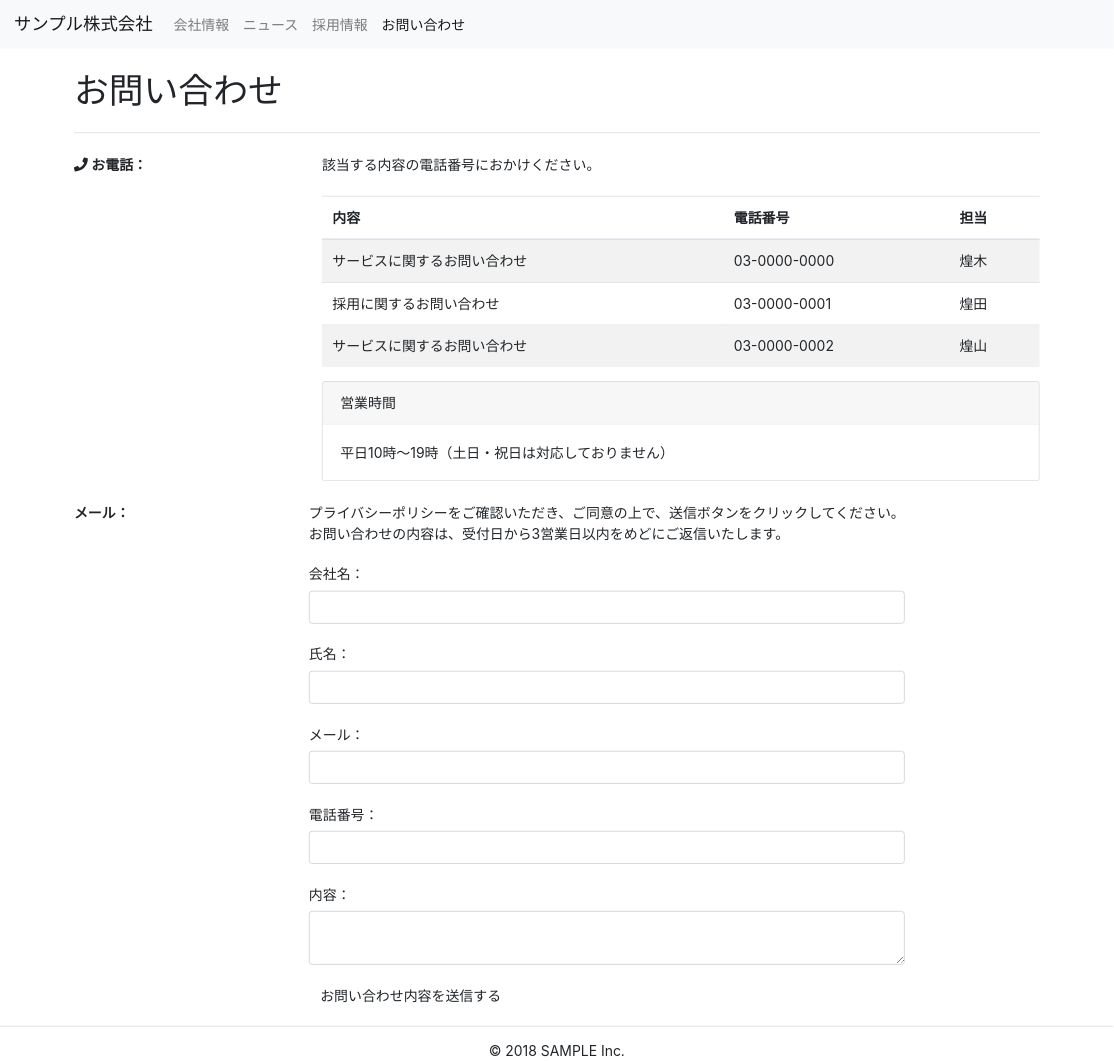
Repository: yoony212/frontend
Page: contact.html
The author's editor kept a record of every edit. The page is drawn from the files as they stood at one moment, then again after the next edit.
The browser window is 1280 px wide. The pictures show the whole page, at 87% of full size.

Above is the page before.

### contact.html
<!DOCTYPE html>
<html lang="ja">

<head>
    <meta charset="utf-8">
    <meta name="viewport" content="width=device-width, initial-scale=1, shrink-to-fit=no">

    <link rel="stylesheet" href="https://stackpath.bootstrapcdn.com/bootstrap/4.3.1/css/bootstrap.min.css">

    <title>お問い合わせ | サンプル株式会社</title>
</head>

<body>
    <header>
        <!-- 576px以上の画面幅のとき、メニューを表示する（それ未満なら折りたたむ）指定を追加 -->
        <nav class="navbar navbar-light navbar-expand-sm bg-light d-sm-flex">
        <!--画面左上に表示するサイト名のリンクとして適切な表示をするための指定を追加 -->
            <a href="#" class="navbar-brand">サンプル株式会社</a>

            <button type="button" class="navbar-toggler" data-toggle="collapse" data-target="#nav-bar">
                <span class="navbar-toggler-icon"></span>
            </button>

            <div class="collapse navbar-collapse " id="nav-bar">
                <ul class="navbar-nav">
                    <li class="nav-item"><a href="#" class="nav-link">会社情報</a></li>
                    <li class="nav-item"><a href="#" class="nav-link">ニュース</a></li>
                    <li class="nav-item"><a href="#" class="nav-link">採用情報</a></li>
                    <!-- お問い合わせページを表示していることをわかりやすくする設定を追加 -->
                    <li class="nav-item"><a href="#" class="nav-link active">お問い合わせ</a></li>
                </ul>
            </div>
        </nav>
    </header>
    <div class="container">
        <h1 class="mt-4 pb-4 border-bottom">お問い合わせ</h1>

        <!-- グリッドを使うための指定を追加 -->
        <div class="mt-4 row">
            <!-- 576px以上の画面幅のとき、左側は3つ分のカラム幅で表示する指定を追加 -->
            <div class="col-sm-3">
                <!-- 電話に関するFont Awesomeのアイコンを追加 -->
                <i class="fas fa-phone mr-1"></i><strong>お電話：</strong>
            </div>

            <!-- 576px以上の画面幅のとき、右側は9つ分のカラム幅で表示する指定を追加 -->
            <div class="col-sm-9">
                <p>該当する内容の電話番号におかけください。</p>
                <!-- テーブルの装飾を適用する指定を追加 -->
                <!-- さらにテーブルへ枠を追加する指定、行ごとの背景色が交互に変わる指定を追加 -->
                <table class="mt-4 table table-striped">
                    <thead>
                        <tr>
                            <th>内容</th>
                            <th>電話番号</th>
                            <th>担当</th>
                        </tr>
                    </thead>
                    <tbody>
                        <tr>
                            <td>サービスに関するお問い合わせ</td>
                            <td>03-0000-0000</td>
                            <td>煌木</td>
                        </tr>
                        <tr>
                            <td>採用に関するお問い合わせ</td>
                            <td>03-0000-0001</td>
                            <td>煌田</td>
                        </tr>
                        <tr>
                            <td>サービスに関するお問い合わせ</td>
                            <td>03-0000-0002</td>
                            <td>煌山</td>
                        </tr>
                    </tbody>
                </table>

                <!-- カードの装飾を適用 -->
                <div class="card">
                    <!-- カードのタイトル部分として設定 -->
                    <div class="card-header">
                        <!-- 時間に関するFont Awesomeのアイコンを追加 -->
                        <i class="fa-solid fa-circle-info"></i>営業時間
                    </div>

                    <!-- カードの本文部分として設定 -->
                    <div class="card-body">
                        平日10時〜19時（土日・祝日は対応しておりません）
                    </div>
                </div>
            </div>
        </div>

        <!-- グリッドを使うための指定を追加 -->
        <div class="mt-4 row">
            <!-- 576px以上の画面幅のとき、左側は3つ分のカラム幅で表示する指定を追加 -->
            <div class="col-sm-3">
                <!-- メールに関するFont Awesomeのアイコンを追加 -->
                <i class="fa-solid fa-envelope"></i> <strong>メール：</strong>
            </div>

            <!-- 576px以上の画面幅のとき、右側は9つ分のカラム幅で表示する指定を追加 -->
            <div class="">
                <p>
                    プライバシーポリシーをご確認いただき、ご同意の上で、送信ボタンをクリックしてください。<br />
                    お問い合わせの内容は、受付日から3営業日以内をめどにご返信いたします。
                </p>
                <form action="complete.html">
                    <!-- ラベルとフォーム部品を並べるためにグリッドを使う指定を追加 -->
                    <div class="form-group">
                        <!-- 576px以上の画面幅のとき、ラベルは3つ分のカラム幅で表示する指定を追加 -->
                        <label class="col-form-label">会社名：</label>

                        <!-- 576px以上の画面幅のとき、フォーム部品は9つ分のカラム幅で表示する指定を追加 -->
                        <div class="">
                            <input type="text" class="form-control" name="company">
                        </div>
                    </div>

                    <!-- ラベルとフォーム部品を並べるためにグリッドを使う指定を追加 -->
                    <div class="form-group">
                        <!-- 576px以上の画面幅のとき、ラベルは3つ分のカラム幅で表示する指定を追加 -->
                        <label class="col-form-label">氏名：</label>

                        <!-- 576px以上の画面幅のとき、フォーム部品は9つ分のカラム幅で表示する指定を追加 -->
                        <div class="">
                            <input type="text" class="form-control" name="name">
                        </div>
                    </div>

                    <!-- ラベルとフォーム部品を並べるためにグリッドを使う指定を追加 -->
                    <div class="form-group">
                        <!-- 576px以上の画面幅のとき、ラベルは3つ分のカラム幅で表示する指定を追加 -->
                        <label class="col-form-label">メール：</label>

                        <!-- 576px以上の画面幅のとき、フォーム部品は9つ分のカラム幅で表示する指定を追加 -->
                        <div class="">
                            <input type="text" class="form-control" name="mail">
                        </div>
                    </div>

                    <!-- ラベルとフォーム部品を並べるためにグリッドを使う指定を追加 -->
                    <div class="form-group">
                        <!-- 576px以上の画面幅のとき、ラベルは3つ分のカラム幅で表示する指定を追加 -->
                        <label class="col-form-label">電話番号：</label>

                        <!-- 576px以上の画面幅のとき、フォーム部品は9つ分のカラム幅で表示する指定を追加 -->
                        <div class="">
                            <input type="text" class="form-control" name="tel">
                        </div>
                    </div>

                    <!-- ラベルとフォーム部品を並べるためにグリッドを使う指定を追加 -->
                    <div class="form-group">
                        <!-- 576px以上の画面幅のとき、ラベルは3つ分のカラム幅で表示する指定を追加 -->
                        <label class="col-form-label">内容：</label>

                        <!-- 576px以上の画面幅のとき、フォーム部品は9つ分のカラム幅で表示する指定を追加 -->
                        <div class="">
                            <textarea class="form-control" name="content"></textarea>
                        </div>
                    </div>

                    <!-- ラベルとフォーム部品を並べるためにグリッドを使う指定を追加 -->
                    <div class="form-group">
                        <!-- 576px以上の画面幅のとき、3つ分のカラム幅の隙間を表示する設定を追加 -->
                        <!-- さらに、576px以上の画面幅のとき、9つ分のカラム幅で送信ボタンの表示部分の設定を追加 -->
                        <div class="">
                            <!-- 送信ボタンを緑色にする設定を追加 -->
                            <!-- さらに、送信ボタンは、指定のカラム幅に対して100％の幅となる設定を追加 -->
                            <button type="submit" class="btn">お問い合わせ内容を送信する</button>
                        </div>
                    </div>
                </form>
            </div>
        </div>
    </div>
    <footer class="text-center pt-3 border-top">
        &copy; 2018 SAMPLE Inc.
    </footer>

    <script src="https://code.jquery.com/jquery-3.3.1.min.js"></script>
    <script src="https://cdnjs.cloudflare.com/ajax/libs/popper.js/1.14.6/umd/popper.min.js"></script>
    <script src="https://stackpath.bootstrapcdn.com/bootstrap/4.3.1/js/bootstrap.min.js"></script>
    <script defer src="https://use.fontawesome.com/releases/v5.7.2/js/all.js"></script>
</body>

</html>

After the next edit:
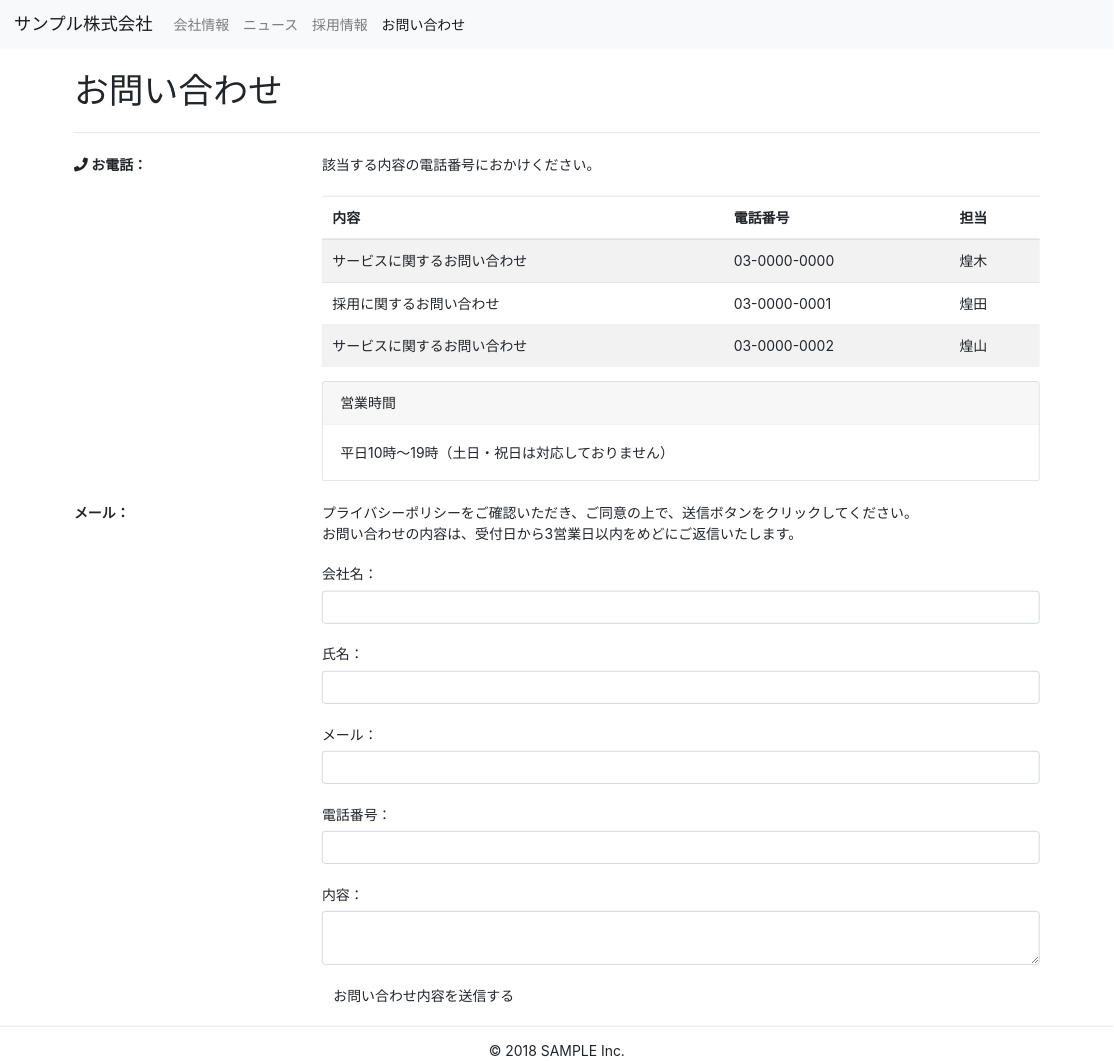
The edit:
--- a/contact.html
+++ b/contact.html
@@ -100,7 +100,7 @@
             </div>
 
             <!-- 576px以上の画面幅のとき、右側は9つ分のカラム幅で表示する指定を追加 -->
-            <div class="">
+            <div class="col-sm-9">
                 <p>
                     プライバシーポリシーをご確認いただき、ご同意の上で、送信ボタンをクリックしてください。<br />
                     お問い合わせの内容は、受付日から3営業日以内をめどにご返信いたします。
